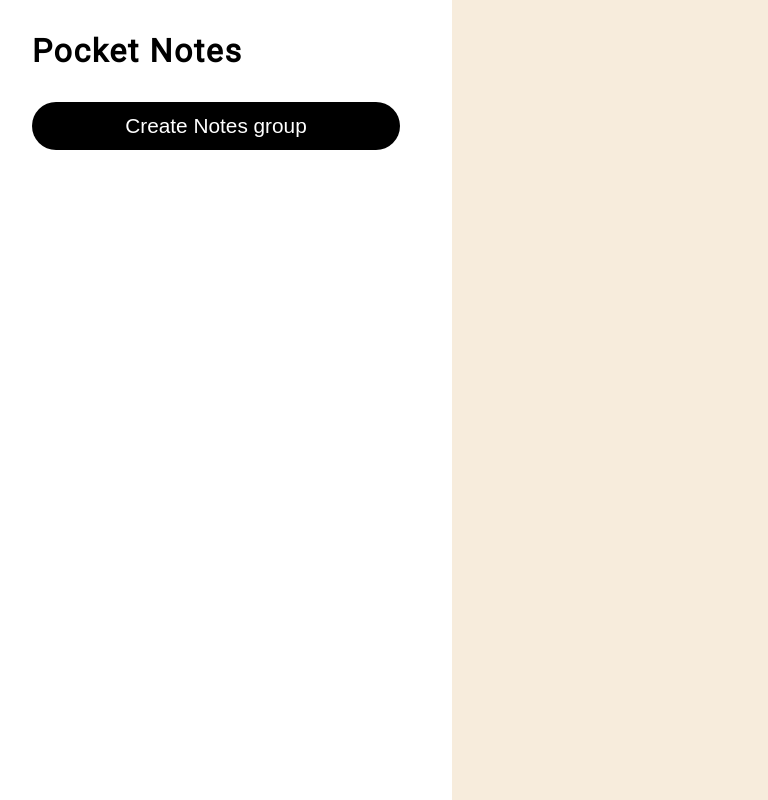
Repository: drumsmanku/react-module-test
Page: /
These files come from the project's save history. The page is drawn as it stood at one moment and after the next save; the edit follows.
The browser window is 768 px wide. The pictures show the whole page.
The project was rebuilt for these pictures with package versions that can differ from the ones it lists, and the page was loaded fresh each time. Also part of the build but not shown: src/Components/NotesComponent.js.

Above is the page before, as saved 2023-06-12 20:21:32.

### src/App.js
import './App.css';
import MainPage from './Components/MainPage';

function App() {
  return (
    <div className="App">
      <MainPage/>
    </div>
  );
}

export default App;

### src/Components/MainPage.js
import React, { useState, useEffect } from "react";
import "./MainPage.css";
import PopUp from "./PopUp";
import NotesComponent from "./NotesComponent";
import img1 from '../Assets/img1.png'

function MainPage() {

  const colors=['#81acbc', '#567da2','#9c7ac8','#91b1c5','#ea9fd8','#35f030','#8c5064','#186e33','#c25650','#cc7ec7','#2521ef','#e9d499','#25f073','#dcf4b6','#17cb98','#cb6856','#49616e','#7fef88','#a362f6','#08e400','#9726a2','#5c0a51' ];

  const [activeGroup, setActiveGroup] = useState(null);

  const addThing = (idx) => {
    setActiveGroup(idx);
  };

  const [selectedGroup, setSelectedGroup] = useState(null);
  const [buttonState, setButtonState] = useState(false);

  const addComponent = (groupIndex) => {
    setSelectedGroup(groupIndex);
  };
  const [myGroups, setMyGroups] = useState(() => {
    const storedValue = localStorage.getItem("group");
    return storedValue ? JSON.parse(storedValue) : [];
  });

  useEffect(() => {
    localStorage.setItem("group", JSON.stringify(myGroups));
  }, [myGroups]);

  useEffect(()=>{
    setButtonState(true);
  },[])

  return (
    <div className="main-container">
      <div className="first-compartment">
        <h1>Pocket Notes</h1>
        <div className="group-buttons">
          <PopUp myGroups={myGroups} setMyGroups={setMyGroups} />
          {myGroups.map((group, idx) => (
            <button
              className="cat-buttons"
              key={idx}
              onClick={() => addComponent(idx)}
            >
              <div
                className="icon"
                style={{ backgroundColor: colors[idx] }}
              ></div>{" "}
              {group}
            </button>
          ))}
        </div>
      </div>
      <div className="second-compartment">

        {selectedGroup !== null && (
          <NotesComponent
            groupIndex={selectedGroup}
            groupName={myGroups[selectedGroup]}
          />
        )}
      </div>
    </div>
  );
}

export default MainPage;

### src/Components/MainPage.css
@import url('https://fonts.googleapis.com/css2?family=Roboto&display=swap');
body{
  font-family: 'Roboto';
}

.main-container{
  height: 100vh;
  width: 100vw;
  display: flex;
}

.first-compartment{
  width: 30%;
  height: 100vh;
}

.first-compartment h1{
  margin: 0;
  text-align: left;
  padding: 2rem;
}
.group-buttons{
  height: 85%;
  max-height: 85%;
  width: 80%;
  display: flex;
  flex-direction: column;
  align-items: flex-start;
  margin-left: 2rem;
}

.cat-buttons{
  width: 27rem;
  height: 5rem;
  background-color: white;
  color: black;
  margin: 1rem 1rem 1rem 0;
  font-size: 1.3rem;
  font-weight: medium;
  display: flex;
  align-items: center;
  border-top-left-radius: 1.5rem;
  border-bottom-left-radius: 1.5rem;
  background: none;
  border: none;
  transition: 0.1s ease-in;

}
.cat-buttons:hover{
  background-color: #F7ECDC;
}
.icon{
  height: 3.5rem;
  width: 3.5rem;
  border-radius: 50%;
  margin-right: 2rem;

}
.second-compartment{
  background-color: #F7ECDC;
  width: 70%;
  height: 100vh;
}
@media(max-width:768px){
  .first-compartment {
    width: 100%;
    height: 100vh;
  }

}

### src/Components/PopUp.js
import React, { useState } from "react";
import "./PopUp.css";
import Popup from "reactjs-popup";
import "reactjs-popup/dist/index.css";

function PopUp({ myGroups, setMyGroups, color, setColor }) {
  const [input, setInput] = useState("");
  const colorSet=['#e9d499','#25f073','#dcf4b6','#17cb98','#cb6856']

  const handleColor=(event)=>{
    setColor(event.target.backgroundColor);
  }

  const handleInputChange = (event) => {
    setInput(event.target.value);
  };

  const handleButtonClick = () => {
    setMyGroups([...myGroups, input]);
    setInput("");
  };

  return (
    <div className="popup-container">
      <Popup
        trigger={<button className="btn-1">Create Notes group</button>}
        modal
        nested

      >
        {(close) => (
          <div style={{height:'30vh',paddingLeft:'2rem', paddingTop:'2rem' }} className="modal">
            <div style={{ fontWeight:'bold', fontSize:'1.5rem', marginBottom:'1.5rem'}} className="content">Welcome to GFG!!!</div>
            <div style={{marginLeft:'1rem'}}>
              <div style={{marginBottom:'1.8rem'}}>
                <label htmlFor="name" style={{marginRight:'2rem', fontWeight:'bold', fontSize:'1.5rem'}}>Group Name </label>
                <input style={{width:'25rem',height:'2rem', borderRadius:'2rem', border:'0.2rem solid #CCCCCC', fontSize:'1.3rem', paddingLeft:'1rem'}} type="text" onChange={handleInputChange} value={input} placeholder="Enter your group name...." />
              </div>
              <div style={{display:'flex', alignItems:'center', marginBottom:'1.8rem'}} className="hues">
                <label htmlFor="color" style={{marginRight:'2rem', fontWeight:'bold', fontSize:'1.5rem'}}>Choose colour</label>
                <div style={{display:'flex'}}>
                  {colorSet.map((color, idx)=>(
                    <div onClick={handleColor} key={idx} style={{height:'1.8rem', width:'1.8rem', borderRadius:'50%', backgroundColor:color, marginRight:'1rem'}}></div>
                  ))}
                </div>

              </div>
              <div style={{width:'90%', display:'flex', justifyContent:'flex-end'}}>
                <button style={{width:'8rem', height:'2rem', backgroundColor:'black', color:'white', border:'none', borderRadius:'0.5rem', fontSize:'1.2rem', letterSpacing:'0.1rem'}} onClick={handleButtonClick}>add</button>
              </div>

            </div>
          </div>
        )}
      </Popup>
    </div>
  );
}

export default PopUp;

### src/Components/PopUp.css
@import url('https://fonts.googleapis.com/css2?family=Roboto&display=swap');

body{
  font-family: 'Roboto';
  letter-spacing: 0.1rem;
}

.btn-1{
  width: 23rem;
  height: 3rem;
  background-color: black;
  border: none;
  border-radius: 3rem;
  color: white;
  font-weight: 2rem;
  font-size: 1.3rem;
}

@screen(max-width: 768px){
  .btn-1{
    width:15rem;
  }
}

### src/Components/NotesComponent.css
@import url('https://fonts.googleapis.com/css2?family=Roboto&display=swap');
body{
  font-family: 'Roboto';
}

.notes-container{
  display: flex;
  height: inherit;
  width: 100%;
  flex-direction: column;
  align-items: center;
  justify-content: space-between;
}
.heading{
  display: flex;
  flex-direction: row;
  justify-content: flex-start;
}
.notes-section {
  height: 60vh;
  max-height: 60vh;
  overflow-y: scroll;
}
input:focus{
  outline: none;
  border: none;
}

Loaded but not shown: public/index.html (common file); src/index.js (common file); src/index.css (common file); src/App.css (common file)

After the next save:
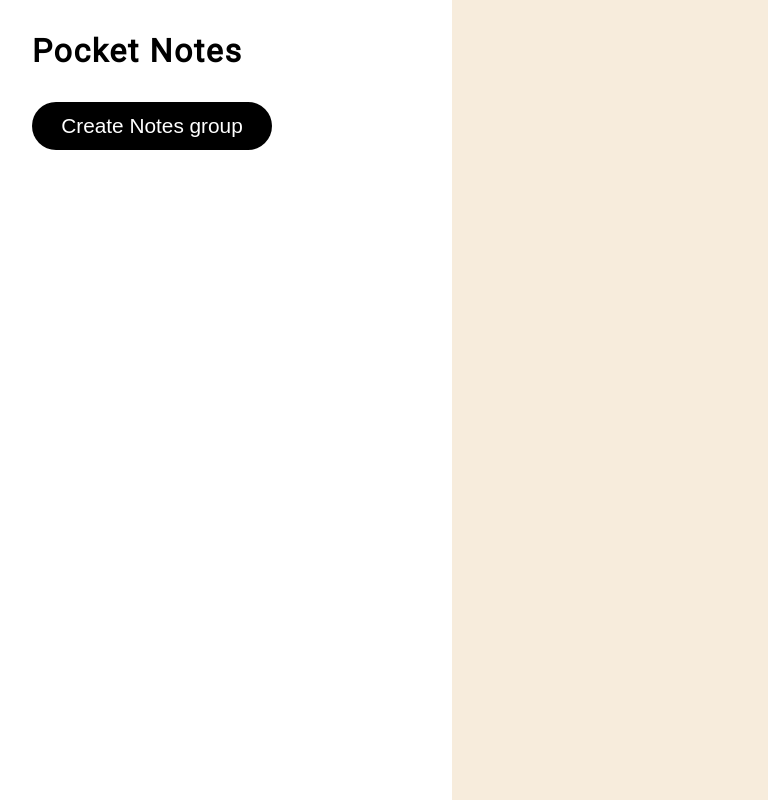
Saved 20 s later.
--- a/src/Components/PopUp.css
+++ b/src/Components/PopUp.css
@@ -16,7 +16,7 @@ body{
   font-size: 1.3rem;
 }
 
-@screen(max-width: 768px){
+@media(max-width: 768px){
   .btn-1{
     width:15rem;
   }
